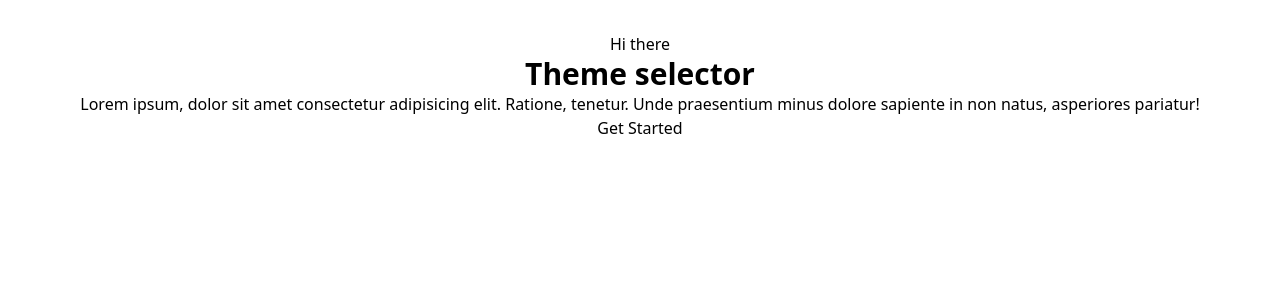
Repository: prince-bansal/tailwind-theme-switcher
Page: /
An editor plug-in stored every save of this project. The page is shown before and after the next save, followed by the edit.
The browser window is 1280 px wide. The pictures show the whole page.
The project was rebuilt for these pictures with package versions that can differ from the ones it lists, and the page was loaded fresh each time. Also part of the build but not shown: vite.config.ts.

Above is the page before, as saved 2024-03-17 19:06:16.

After the next save:
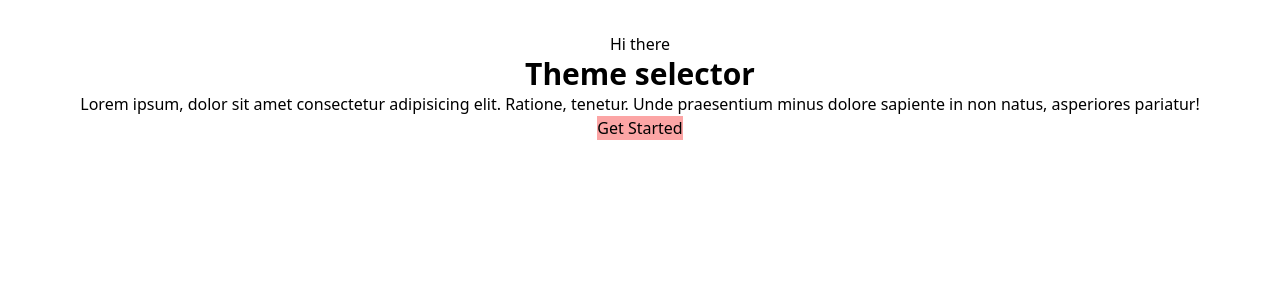
Saved 4 s later.
--- a/src/App.tsx
+++ b/src/App.tsx
@@ -7,7 +7,7 @@ function App() {
       <p>Hi there</p>
       <h1 className="text-3xl font-bold">Theme selector</h1>
       <p>Lorem ipsum, dolor sit amet consectetur adipisicing elit. Ratione, tenetur. Unde praesentium minus dolore sapiente in non natus, asperiores pariatur!</p>
-      <button>Get Started</button>
+      <button className='bg-red-300 '>Get Started</button>
     </>
   );
 }
